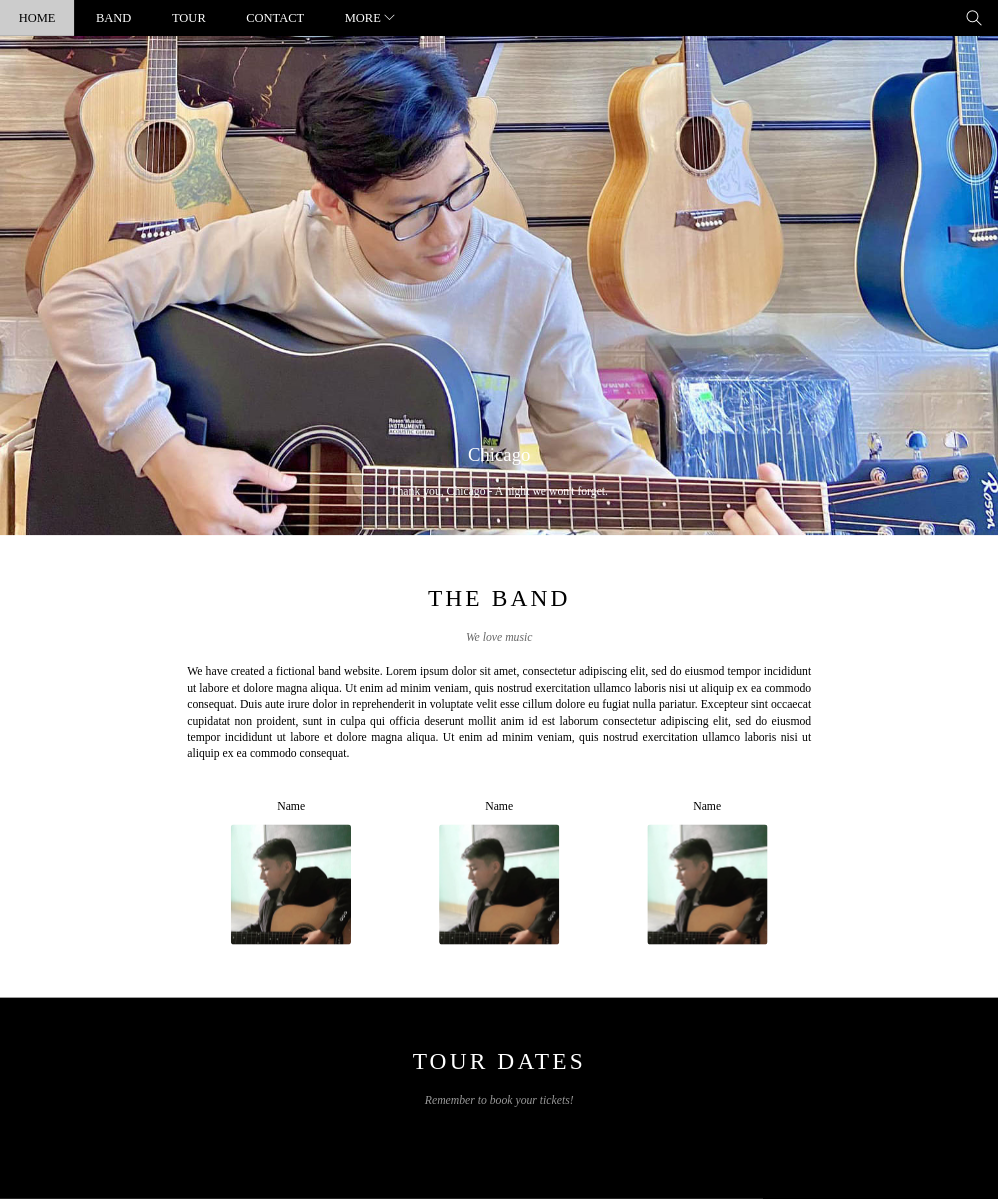
Repository: quochung2k3/Web-Team
Page: index.html
An editor plug-in stored every save of this project. The page is shown before and after the next save, followed by the edit.
The browser window is 1280 px wide. The pictures show the whole page, at 78% of full size.

Above is the page before, as saved 2023-08-05 10:12:08.

### index.html
<!DOCTYPE html>
<html lang="en">
<head>
    <meta charset="UTF-8">
    <meta name="viewport" content="width=device-width, initial-scale=1.0">
    <title>Web The Band</title>
    <link rel="stylesheet" href="./assets/css/style.css">
    <link rel="stylesheet" href="./assets/fonts/themify-icons/themify-icons.css">
</head>
<body>
    <div id="wrapper">
        <div id="header">
            <ul id="nav">
                <li><a href="">Home</a></li>
                <li><a href="">Band</a></li>
                <li><a href="">Tour</a></li>
                <li><a href="">Contact</a></li>
                <li>
                    <a href="">
                        More
                        <i class="nav-arrow-down ti-angle-down"></i>
                    </a>
                    <ul class="subnav">
                        <li><a href="">Merchandise</a></li>
                        <li><a href="">Extras</a></li>
                        <li><a href="">Media</a></li>
                    </ul>
                </li>
            </ul>
            <div class="search-button">
                <i class="search-icon ti-search"></i>
            </div>
        </div>

        <div id="slider">
            <div class="text-content">
                <h2 class="text-heading">Chicago</h2>
                <div class="text-description">Thank you, Chicago - A night we won't forget.</div>
            </div>
        </div>

        <div id="content">
            <div class="content-section">
                <h2 class="section-heading">THE BAND</h2>
                <p class="section-sub-heading">We love music</p>
                <p class="about-text">
                    We have created a fictional band website. Lorem ipsum dolor sit amet, consectetur adipiscing elit, sed do eiusmod tempor incididunt ut labore et dolore magna aliqua. Ut enim ad minim veniam, quis nostrud exercitation ullamco laboris nisi ut aliquip ex ea commodo consequat. Duis aute irure dolor in reprehenderit in voluptate velit esse cillum dolore eu fugiat nulla pariatur. Excepteur sint occaecat cupidatat non proident, sunt in culpa qui officia deserunt mollit anim id est laborum consectetur adipiscing elit, sed do eiusmod tempor incididunt ut labore et dolore magna aliqua. Ut enim ad minim veniam, quis nostrud exercitation ullamco laboris nisi ut aliquip ex ea commodo consequat.

                </p>
                <div class="member-list">
                    <div class="member-items">
                        <p class="member-name">Name</p>
                        <img src="./assets/img/slider2.jpg" alt="" class="member-img">
                    </div>

                    <div class="member-items">
                        <p class="member-name">Name</p>
                        <img src="./assets/img/slider2.jpg" alt="" class="member-img">
                    </div>

                    <div class="member-items">
                        <p class="member-name">Name</p>
                        <img src="./assets/img/slider2.jpg" alt="" class="member-img">
                    </div>
                    <div class="clear"></div>
                </div>
            </div>
            <div class="tour-section">
                <div class="content-section">
                    <h2 class="section-heading text-white">TOUR DATES</h2>
                    <p class="section-sub-heading text-white">Remember to book your tickets!</p>
                    <ul class="tickets-list">
                        <li>September <span class="sold-out">Sold out</span></li>
                        <li>October <span class="sold-out">Sold out</span></li>
                        <li>November <span class="quantity"></span></li>
                    </ul>
                </div>
            </div>
        </div>

        <div id="footer">

        </div>
    </div>
</body>
</html>

### assets/css/style.css
* {
    margin: 0;
    padding: 0;
    box-sizing: border-box;
}

.html {
    font-family: Arial, Helvetica, sans-serif;
}

.clear {
    clear: both;
}

.text-white {
    color: #fff !important;
}

#wrapper {

}

#header {
    position: fixed;
    top: 0;
    left: 0;
    right: 0;
    background-color: #000;
    height: 46px;
    z-index: 1;
}

#nav {
    display: inline-block;
}

#nav .subnav {
    list-style-type: none;
}

#nav > li {
    display: inline-block;
}

#nav li {
    position: relative;
}

#nav > li > a {
    color: #fff;
    text-transform: uppercase;
}

#nav li a {
    text-decoration: none;
    line-height: 46px;
    padding: 0 24px;
    display: block;
}

#nav li:hover .subnav {
    display: block;
}

#nav > li:hover > a,
#nav .subnav li:hover a {
    background-color: #ccc;
    color: #000;
}

#nav .subnav {
    display: none;
    min-width: 160px;
    top: 100%;
    left: 0;
    position: absolute;
    background-color: #fff;
    box-shadow: 0 0 10px rgba(0, 0, 0, 0.3);
}

#nav .subnav a {
    color: #000;
    padding: 0 12px;
    line-height: 38px;
}

#nav .nav-arrow-down {
    font-size: 14px;
}

#header .search-button {
    float: right;
    padding: 0 21px;
}

#header .search-icon {
    color: #fff;
    font-size: 20px;
    line-height: 46px;
}

#header .search-button:hover {
    background-color: #f44336;
    cursor: pointer;
}

#slider {
    margin-top: 46px;
    padding-top: 50%;
    background-image: url(../img/slider3.jpg);
    background-repeat: no-repeat;
    background-size: cover;
    background-position: top center;
    position: relative;
}

#slider .text-content {
    position: absolute;
    bottom: 47px;
    color: #fff;
    width: 100%;
    text-align: center;
}

#slider .text-heading {
    font-weight: 500;
    font-size: 24px;
}

#slider .text-description {
    font-size: 15px;
    margin-top: 25px;
}

#content {

}

#content .content-section {
    width: 800px;
    margin: 0 auto;
    padding: 64px 0;
}

#content .section-heading {
    font-size: 30px;
    font-weight: 500;
    text-align: center;
    letter-spacing: 4px;
}

#content .section-sub-heading {
    font-size: 15px;
    font-style: italic;
    text-align: center;
    margin-top: 25px;
    opacity: 0.6;
}

#content .about-text {
    font-size: 15px;
    margin-top: 25px;
    text-align: justify;
    line-height: 1.4;
}

#content .member-list {
    margin-top: 48px;
}

#content .member-items {
    float: left;
    width: calc(100%/3);
    text-align: center;
}

#content .member-name {
    font-size: 15px;
}

#content .member-img {
    margin-top: 15px;
    width: 154px;
    border-radius: 4px;
}

.tour-section {
    background-color: #000;
}

#footer {

}

Loaded but not shown: assets/fonts/themify-icons/themify-icons.css (common file)

After the next save:
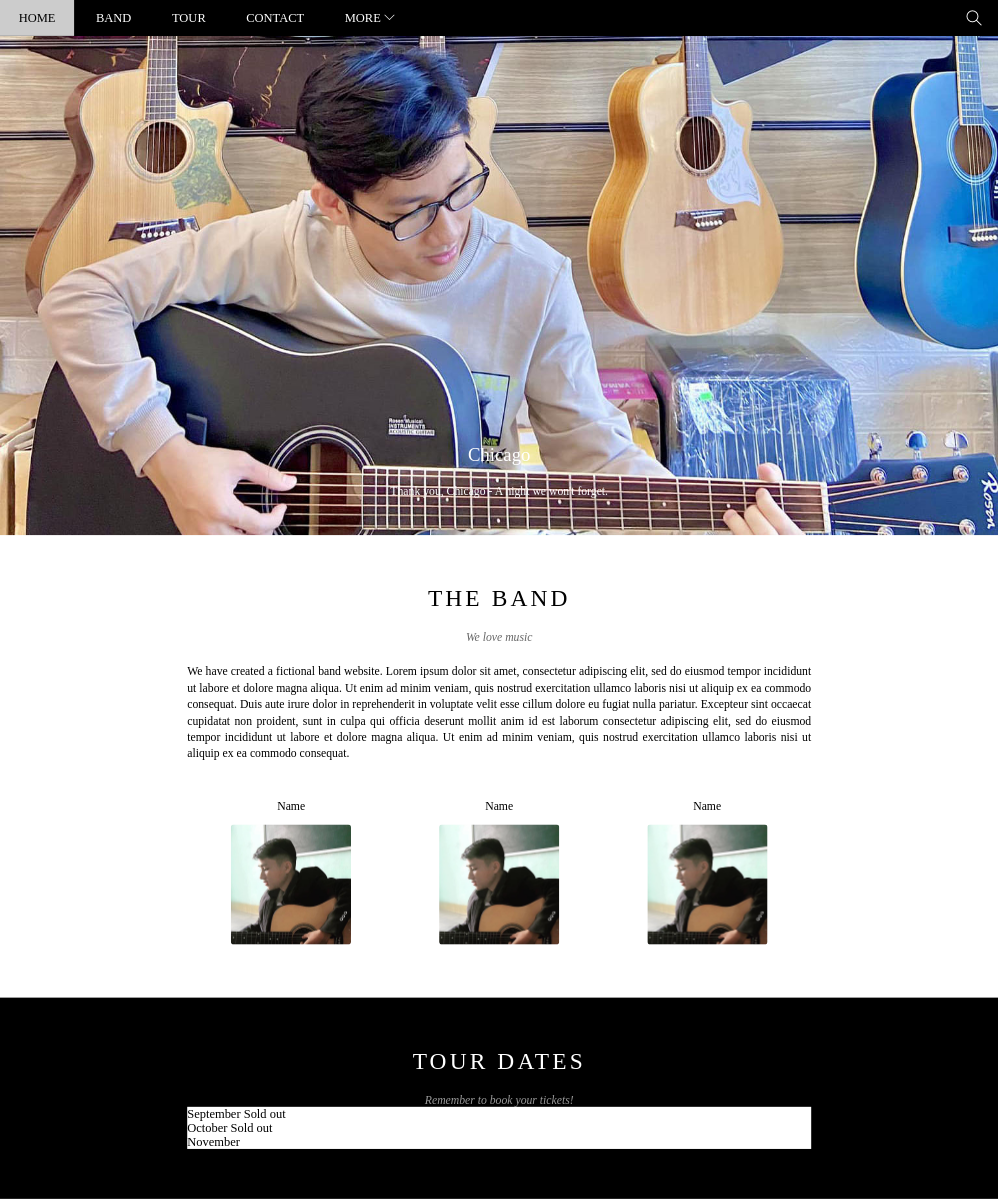
Saved 31 s later.
--- a/assets/css/style.css
+++ b/assets/css/style.css
@@ -188,6 +188,10 @@
     background-color: #000;
 }
 
+.tickets-list {
+    background-color: #fff;
+}
+
 #footer {
 
 }
